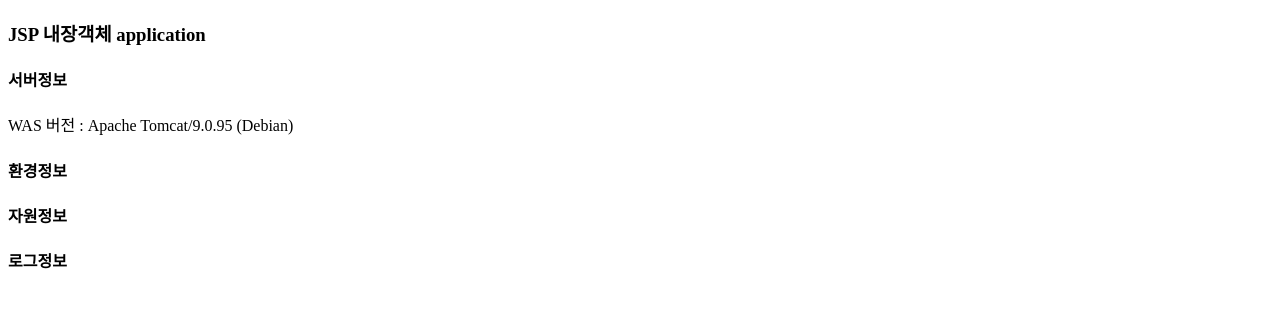
Repository: SangKyuuu/Jsp
Page: http://localhost/ch03/4_application.jsp
These files come from the project's save history. The page is drawn as it stood at one moment and after the next save; the edit follows.
The browser window is 1280 px wide. The pictures show the whole page.
The page is served by Tomcat 9.

Above is the page before, as saved 2025-07-28 07:10:06.

### ch03/src/main/webapp/4_application.jsp
<%@ page contentType="text/html; charset=UTF-8" pageEncoding="UTF-8"%>
<!DOCTYPE html>
<html>
	<head>
		<meta charset="UTF-8">
		<title>JSP 내장객체 application</title>
		<!--
			25/07/28
			최상규
			JSP 내장객체 application 실습하기
		 -->
	</head>
	<body>
		<h3>JSP 내장객체 application</h3>

		<h4>서버정보</h4>
		<p>
			WAS 버전 : <%= application.getServerInfo() %> <br/>
		</p>
		<h4>환경정보</h4>

		<h4>자원정보</h4>

		<h4>로그정보</h4>
	</body>
</html>

After the next save:
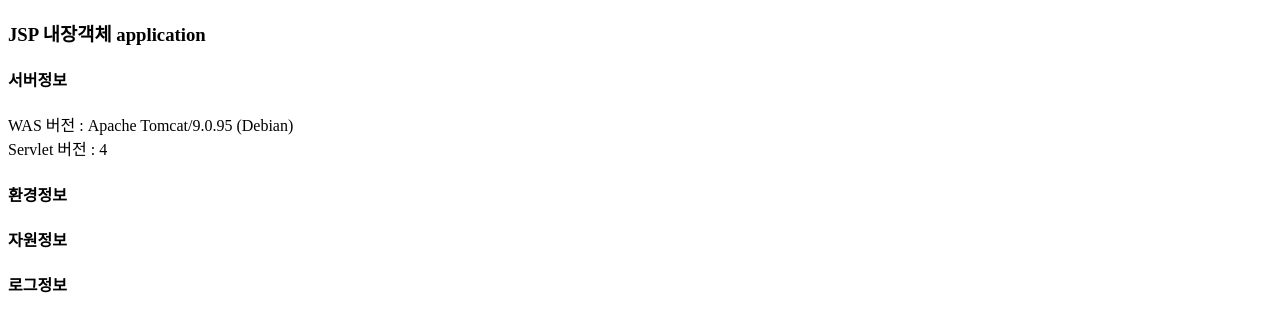
Saved 26 s later.
--- a/ch03/src/main/webapp/4_application.jsp
+++ b/ch03/src/main/webapp/4_application.jsp
@@ -16,6 +16,7 @@
 		<h4>서버정보</h4>
 		<p>
 			WAS 버전 : <%= application.getServerInfo() %> <br/>
+			Servlet 버전 : <%= application.getMajorVersion() %>
 		</p>
 		<h4>환경정보</h4>
 
